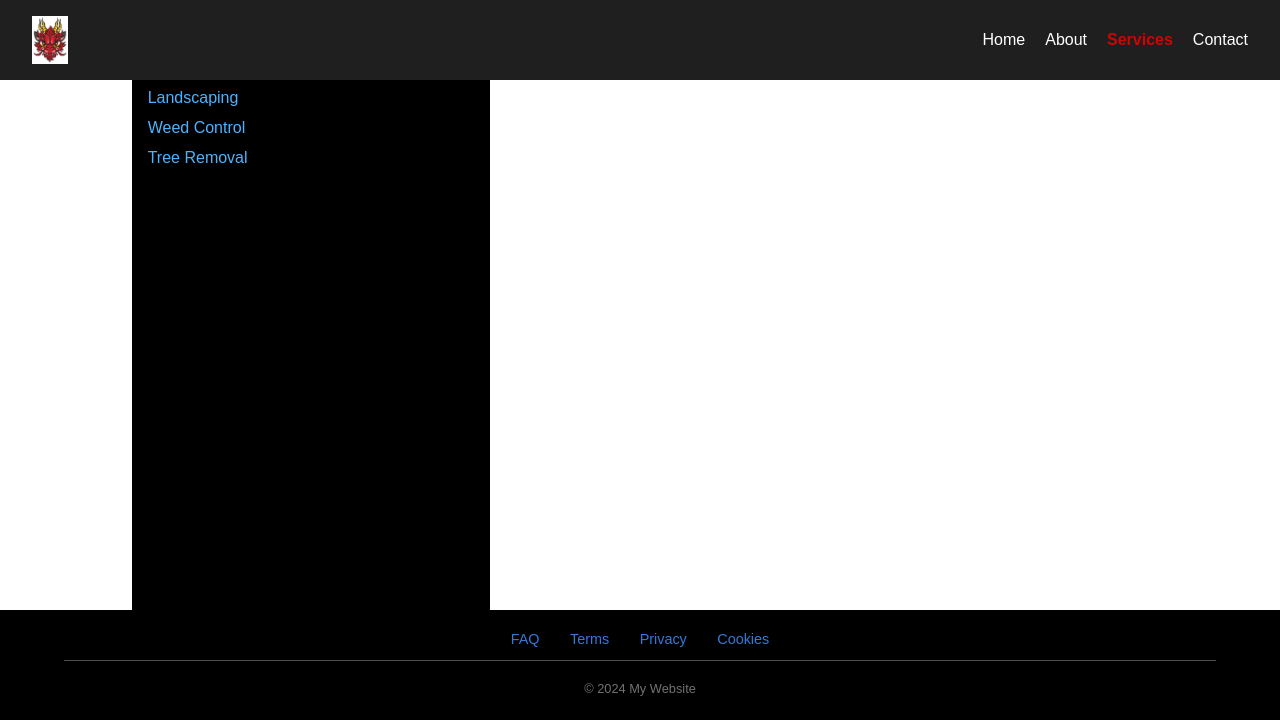
Repository: andreamm-lab/css-positioning-examples-2025-10
Page: pages/services.html
The author's editor kept a copy of each file at every save. The page is drawn from the files as they stood at one save, then again after the next save.
The browser window is 1280 px wide. The pictures show the whole page.

Above is the page before, as saved 2025-11-10 20:29:30.

### pages/services.html
<!DOCTYPE html>
<html lang="en">
<head>
  <meta charset="UTF-8">
  <meta name="viewport" content="width=device-width, initial-scale=1.0">
  <title>Services Page</title>
  <link rel="stylesheet" href="../main.css">
</head>
<body>
  <header>
    <!-- Primary navigation -->
    <nav aria-label="Primary navigation">
      <a href="../index.html">
        <img src="../images/dragon.png" alt="Dragon logo">
      </a>
      <ul>
        <li><a href="../index.html">Home</a></li>
        <li><a href="about.html">About</a></li>
        <li><a href="#" class="current">Services</a></li>
        <li><a href="services.html">Contact</a></li>
      </ul>
    </nav>
  </header>

  <main class="page">
    <h1 id="page-title">Services</h1>


        <!-- Side menu -->
        <aside class="side-nav" aria-label="Services categories">
            <h2>Categories</h2>
            <ul>
                <li><a href="#">Gardening</a></li>
                <li><a href="#">Landscaping</a></li>
                <li><a href="#">Weed Control</a></li>
                <li><a href="#">Tree Removal</a></li>
            </ul>
        </aside>
  </main>

  <!------------------------------------- Footer ------------------------------------->
  <footer id="main-footer">
    <nav aria-label="Footer navigation">
      <ul>
        <li><a href="#">FAQ</a></li>
        <li><a href="#">Terms</a></li>
        <li><a href="#">Privacy</a></li>
        <li><a href="#">Cookies</a></li>
      </ul>
    </nav>

    <hr class="footer-line">

    <p>© 2024 My Website</p>
  </footer>
</body>
</html>

### main.css
/* 0.---------------------- General Setup ---------------------- */

*  {
    box-sizing: border-box; /* How to calculate dimensiones */
    margin: 0; /* Distance beetween words */
    padding: 0; /* Allow bullepoint to be visible */
}

/* All Font Page */
body {
    font-family: Arial, Helvetica, sans-serif;
    background-color: #ffffff;
    color: #000;
    min-height: 100vh;
    display: flex;
    flex-direction: column;
}

main {
    flex: 1;
    display: block;
    padding: 120px 32px 24px; /* top=120 to prevent content hidden by fixed header */
}

/* 1.---------------------- Header - Upper Menu - Encabezado ---------------------- */

/* background box and colors */
/* In Practice class: nav: means both header and footer
nav {
    padding: 10px 10px;
    min-height: 80px;
    background-color: #1F1F1F;
}
*/

/* Dimensions */
header {
    position: fixed; /* Added: keeps header always visible */
    top: 0;
    left: 0;
    width: 100%;
    z-index: 1000;
}

header nav {
    padding: 10px 32px;
    min-height: 80px;
    background-color: #1F1F1F;
    display: flex; /*added*/
    align-items: center;           /* vertical */
    justify-content: space-between; /* separates logo and menu */
}

/* Icon - Image */
header nav img {
    max-height: 48px;
    background-color: white;
    display: inline-block;  /* added */
    vertical-align: middle; /* added */
}

/* Top Horizontal Menu */

/* Aligning calculation*/
/* In class:
.spacer {
    display: inline-block;
    width: calc(100% - 40px - 320px);
}
*/
/* If 0 first number: result left. If 100% results right */

/* Text Relation with image */
header nav ul {
    list-style: none;
    display: flex;
    gap: 20px;
}

/* Word Colors depending their status */
/* Word clicked */
header nav ul li a {
    text-decoration: none;
    color: white;
}

/* Text color if we are in the current page*/
header nav ul li a.current {
    color: #ce0505;
    font-weight: bold;
}

/* Mouse over the word */
header nav ul li a:hover {
    color: #ff2222/* rgb(92, 229, 0) in class*/;
}

/* ---------------------- Added from Cursada: Dropdown Menu ---------------------- */

/* Services dropdown menu */
#services-li {
    position: relative;
}

#services-li:hover #services-menu {
    opacity: 1;
    visibility: visible;
    transform: translateY(0);
}

#services-menu {
    position: absolute;
    top: 100%;
    left: 0;
    z-index: 2000;
    margin: 0;
    padding: 4px 16px;
    background-color: #0e0e0e;
    visibility: hidden;
    opacity: 0;
    transform: translateY(-6px);
    transition: opacity 0.3s, transform 0.15s;
    list-style: none;

    display: block; /* evita que herede el flex del menú principal */
}

#services-menu li {
    display: block; /* lista vertical*/
    margin: 0;
    padding: 4px 0;
}

#services-menu a {
    display: inline-block;
    white-space: nowrap;
    color: #fff;
    text-decoration: none;
}

#services-menu a:hover {
    text-decoration: none;
    color: #d21010
}

/* 1.2.special part -------------------------------- Side Menu --------------------------------------------------*/

/* Side menu on Services */
.page {
    display: flex;   /* content in columns */
    gap: 0;
}

/* Dimensions */
.main-content {
    width: 72%;
    vertical-align: top;
}

/* Style */
.side-nav {
    width: 28%;
    background-color: #000000;
    color: #fff;
    margin: 0;                /* sin espacio externo */
    padding: 0;               /* sin espacio interno general */
    border: none;             /* sin borde */
    box-sizing: border-box;
    min-height: 100%;         /* ocupa todo el alto */
}

/* Title: Categories - Dimensions */
.side-nav h2 {
    margin: 0;
    padding: 16px 16px 8px;
    font-size: 1.6rem;
    font-weight: 700;
}

/* List Dimensions */
.side-nav ul {
    list-style: none;
    margin: 0;
    padding: 0 16px 16px;
}

.side-nav ul li {
    margin: 0;
    padding: 6px 0;
}

/* Colors */
.side-nav ul li a {
    color: #4bb4ff;
    text-decoration: none;
    display: inline-block;
    width: 100%;
}

.side-nav ul li a:hover {
    text-decoration: underline;
    background-color: #1f1f1f;
}

/* 2.---------------------- Main / Home content ---------------------- */

/* Space size */
main {
    display: block;
    padding: 24px 32px;
}

main.page {
    padding: 0px 0px 0px 0px; /* top=0 keeps borders united with header and footer */
}

/* Title: Home Page */
#page-title {
    font-size: 2rem;
    text-align: center;
    margin-bottom: 24px;
}

/* sticky rojo horizontal */
.home-sticky-box {
    position: sticky;
    top: 120px; /* aparece debajo del header fijo */
    background-color: #c00000; /* fondo rojo */
    color: #fff;               /* letras blancas */
    padding: 12px 16px;
    margin: 16px 0;
    width: 100%;               /* ocupa todo lo horizontal del contenedor */
    border-radius: 4px;
    font-weight: 600;
    text-align: center;
}

/* subtítulo debajo del sticky, separado para que no lo tape */
.home-subtitle {
    margin-top: 70px;  /* separa el título del sticky cuando se pega arriba */
    font-size: 1.4rem;
    text-align: center;
}

/* text cards */
.card-grid {
    display: block;
}

.card {
    background-color: #f0f0f0;
    border: 1px solid #d0d0d0;
    border-radius: 6px;
    padding: 16px;
    margin-bottom: 16px;
}

.card h2 {
    margin-bottom: 8px;
}

/* parrafos con imágenes hechas con símbolos, tipo mecanografía */
.symbol-art {
    font-family: "Courier New", Courier, monospace;
    font-size: 0.8rem;
    line-height: 1.05;
    margin-top: 14px;
    background-color: #f5f5f5;
    border: 1px solid #ddd;
    padding: 10px 12px;
    display: block;          /* que ocupe todo el ancho */
    white-space: pre;        /* respeta los espacios del arte */
    overflow-x: auto;        /* por si el arte es ancho */
}

/* botón back-to-top */
#back-to-top {
    position: fixed;  /* scrolls with the page */
    bottom: 20px;
    right: 20px;
    background-color: #1F1F1F;
    color: #fff;
    border: none;
    border-radius: 50%;
    width: 44px;
    height: 44px;
    font-size: 20px;
    cursor: pointer;
    box-shadow: 0 2px 6px rgba(0,0,0,0.3);
    z-index: 3000;
}

#back-to-top:hover {
    background-color: #c50808; /* rojo clarito al pasar el mouse */
}

/* 3.---------------------- Footer ---------------------- */
#main-footer {
    background-color: #000000;
    color: #717171;
    text-align: center;
    padding: 16px 0 24px;
    margin: 0;
    width: 100%;
}

#main-footer nav {
    background: none;
    padding: 0;
    margin: 0 auto;
}

/* FAQ, Terms, etc. */
#main-footer nav ul {
    display: inline-block;
    list-style: none;
    margin: 4px; /* Distance between FAQ text and white line */
    padding: 0;
    /*border-bottom: 1px solid white */ /*another option to do it*/;
}

#main-footer nav ul li {
    display: inline-block;
    margin: 0 13px;  /*Distance between words in footer: FAQ, Terms, etc. */
}

#main-footer nav ul li a {
    color: rgb(51, 122, 216); /* Text color */
    text-decoration: none;
    font-size: 0.9rem;
}

/* Line separation */
.footer-line {
  border: none;
  border-top: 1px solid rgba(203, 201, 201, 0.4); /* mismo grosor, más suave */
  width: 90%;
  margin: 8px auto 12px;
}

/* Last Line Text: My Website */
#main-footer p {
    font-size: 0.8rem;
    margin: 0;
    padding-top: 8px;
}

After the next save:
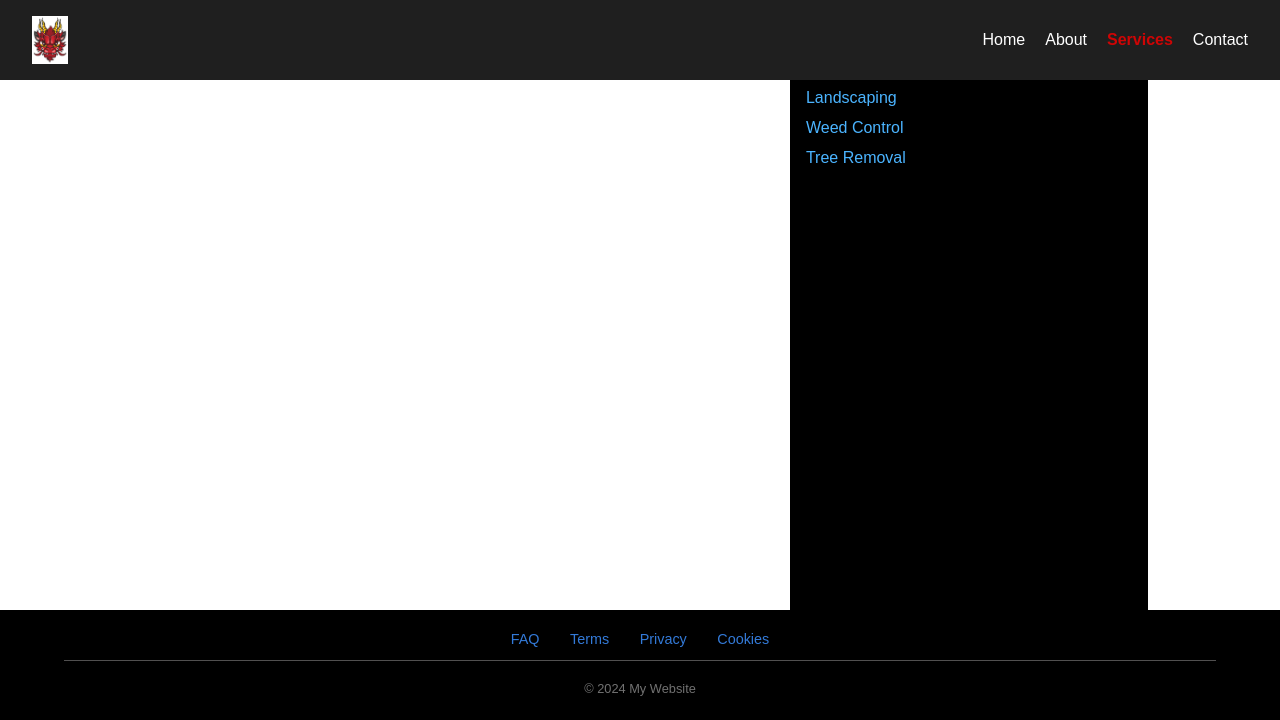
Saved 4 min 46 s later.
--- a/main.css
+++ b/main.css
@@ -148,6 +148,7 @@ header nav ul li a:hover {
 /* Side menu on Services */
 .page {
     display: flex;   /* content in columns */
+    flex-direction: row-reverse;
     gap: 0;
 }
 
